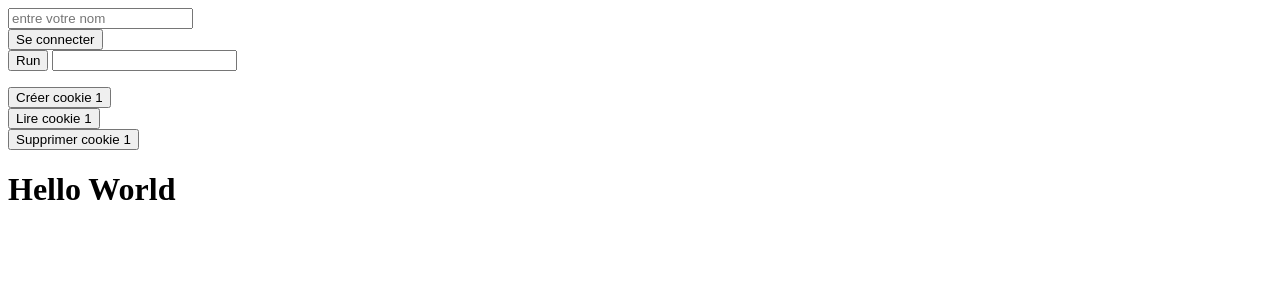
Repository: SarahG4000/workshop-cookies
Page: http://localhost/index.php
An editor plug-in stored every save of this project. The page is shown before and after the next save, followed by the edit.
The browser window is 1280 px wide. The pictures show the whole page.
The page is run by PHP 8.4 with error messages shown; the project is at /var/www/html/.

Above is the page before, as saved 2020-09-02 11:26:33.

After the next save:
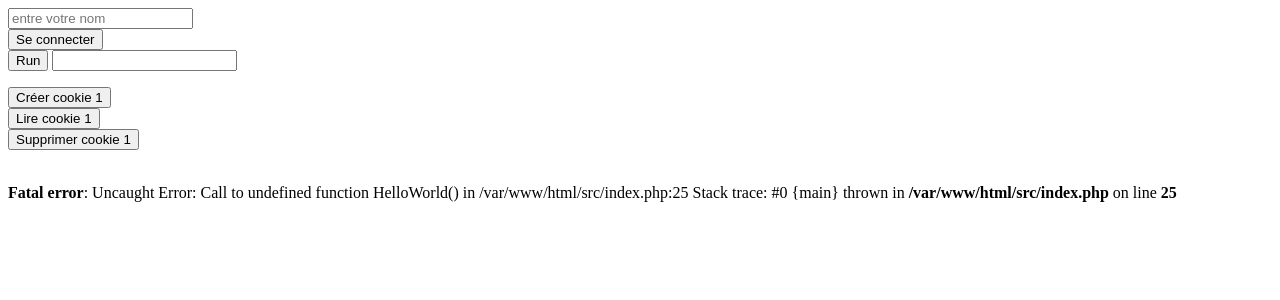
Saved 5 min 35 s later.
--- a/src/php/cookies.php
+++ b/src/php/cookies.php
@@ -5,12 +5,13 @@ if (!empty($_POST['nom'])) {
 // setcookie('name', 'sarah', time() + 60 * 60 * 24);
 // var_dump($_COOKIE);
 
-$hello = 'hello World';
+// $hello = 'hello World';
 
-function HelloWorld()
-{
-    echo '<h1>Hello World</h1>';
-}
+// function HelloWorld()
+// {
+//     echo '<h1>Hello World</h1>';
+// }
+//
 ?>
 
 <from action="" mothod="post">
